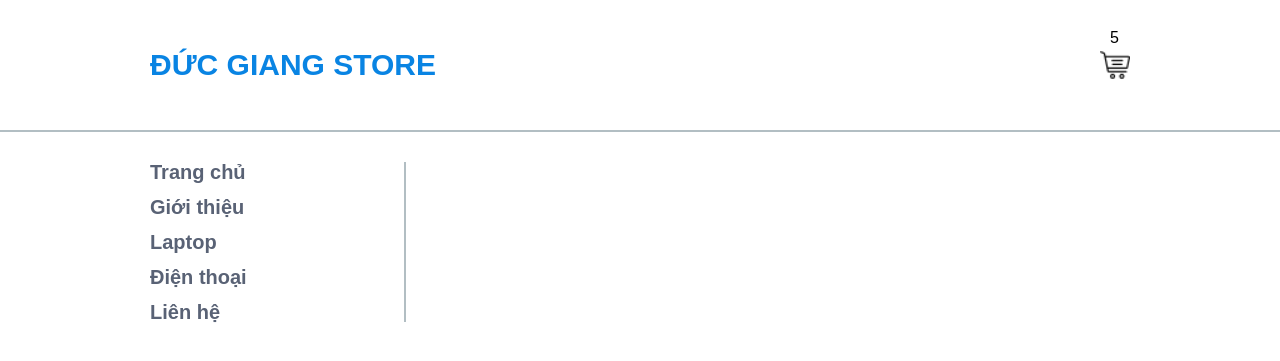
Repository: Giangattt123/PHP
Page: http://localhost/?page=home
The author's editor kept a copy of each file at every save. The page is drawn from the files as they stood at one save, then again after the next save.
The browser window is 1280 px wide. The pictures show the whole page.
Some web libraries are served in a nearby version. The page is run by PHP 8.4 with error messages shown; the project is at /var/www/html/.

Above is the page before, as saved 2023-03-17 22:40:28.

After the next save:
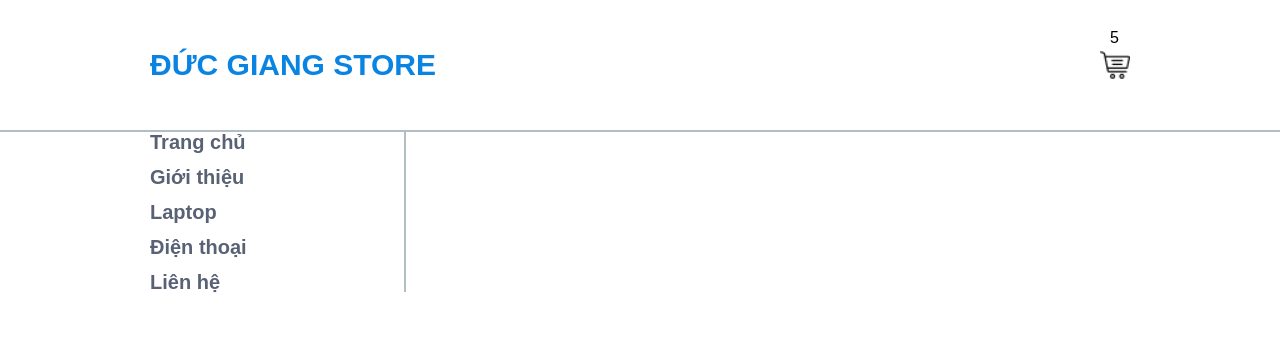
Saved 25 s later.
--- a/PHP_Shopping-Cart/Shopping_Cart/public/css/style.css
+++ b/PHP_Shopping-Cart/Shopping_Cart/public/css/style.css
@@ -50,7 +50,7 @@ img {
   width: 20%;
   margin-left: 150px;
   font-size: 2rem;
-  margin-top: 30px;
+  /* margin-top: 30px; */
   border-right: 2px solid #b2bec3;
 }
 .menu-select ul.menu li:not(:first-child) {

After the save that followed:
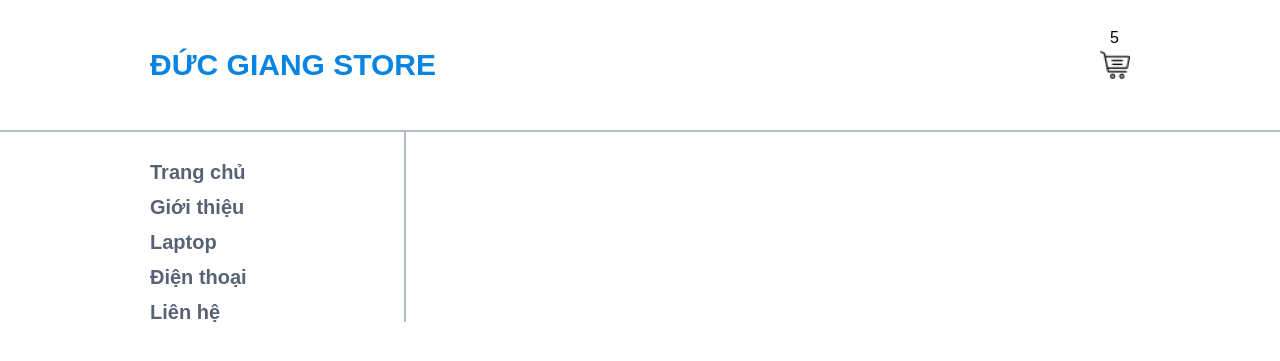
Saved 26 s later.
--- a/PHP_Shopping-Cart/Shopping_Cart/public/css/style.css
+++ b/PHP_Shopping-Cart/Shopping_Cart/public/css/style.css
@@ -57,6 +57,9 @@ img {
   margin-top: 15px;
   color: #0984e3;
 }
+.menu-item {
+  margin-top: 30px;
+}
 a {
   color: #596275;
   font-weight: bold;
